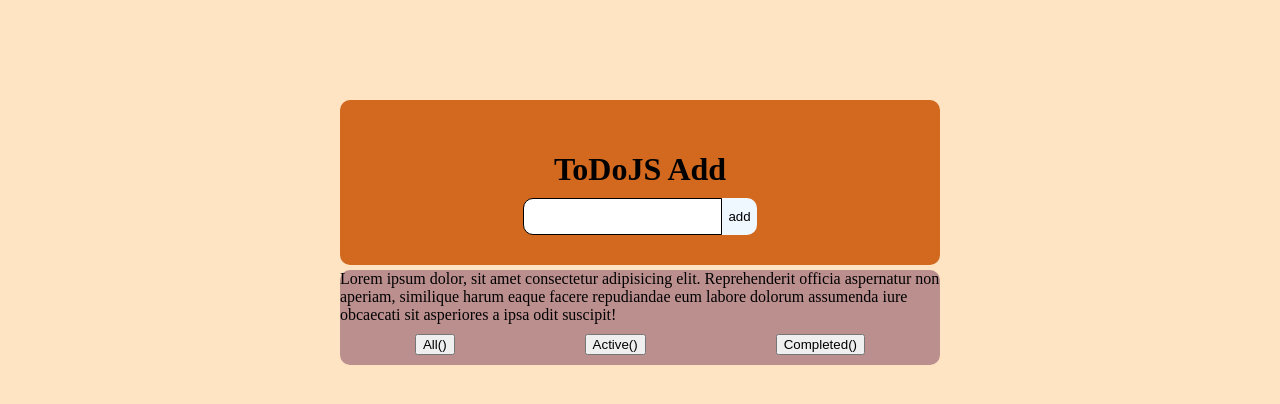
Repository: Savich01/todoTest
Page: index.html
These files come from the project's save history. The page is drawn as it stood at one moment and after the next save; the edit follows.
The browser window is 1280 px wide. The pictures show the whole page.

Above is the page before, as saved 2024-05-03 15:21:21.

After the next save:
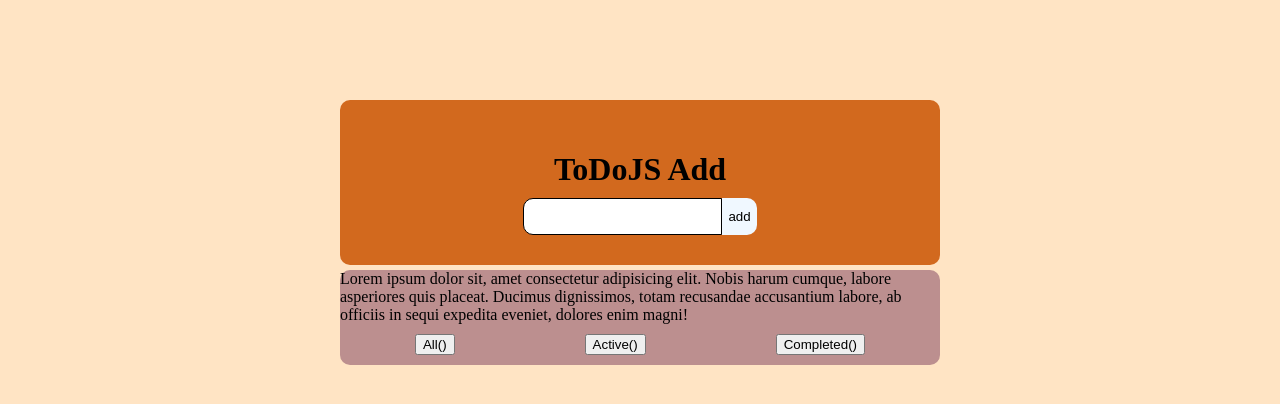
Saved 2 min 9 s later.
--- a/index.html
+++ b/index.html
@@ -21,7 +21,7 @@
      <main class="main">
         <div class="main-block">
             <div class="main-container">
-              Lorem ipsum dolor, sit amet consectetur adipisicing elit. Reprehenderit officia aspernatur non aperiam, similique harum eaque facere repudiandae eum labore dolorum assumenda iure obcaecati sit asperiores a ipsa odit suscipit!
+              Lorem ipsum dolor sit, amet consectetur adipisicing elit. Nobis harum cumque, labore asperiores quis placeat. Ducimus dignissimos, totam recusandae accusantium labore, ab officiis in sequi expedita eveniet, dolores enim magni!
             </div>
             <div class="main-button">
                  <button class="main-btn1">All()</button>
